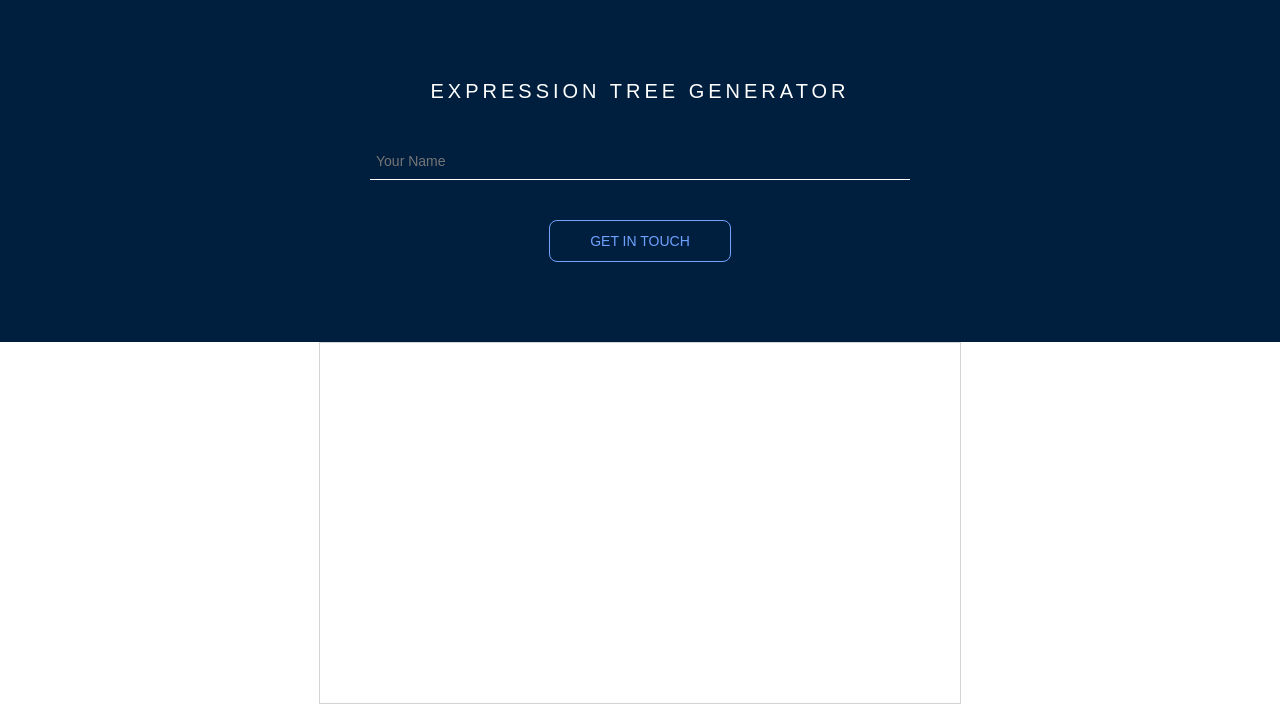
Repository: lnogueir/expression-tree-gen
Page: index.html
These files come from the project's save history. The page is drawn as it stood at one moment and after the next save; the edit follows.
The browser window is 1280 px wide. The pictures show the whole page.

Above is the page before, as saved 2020-03-15 19:18:31.

After the next save:
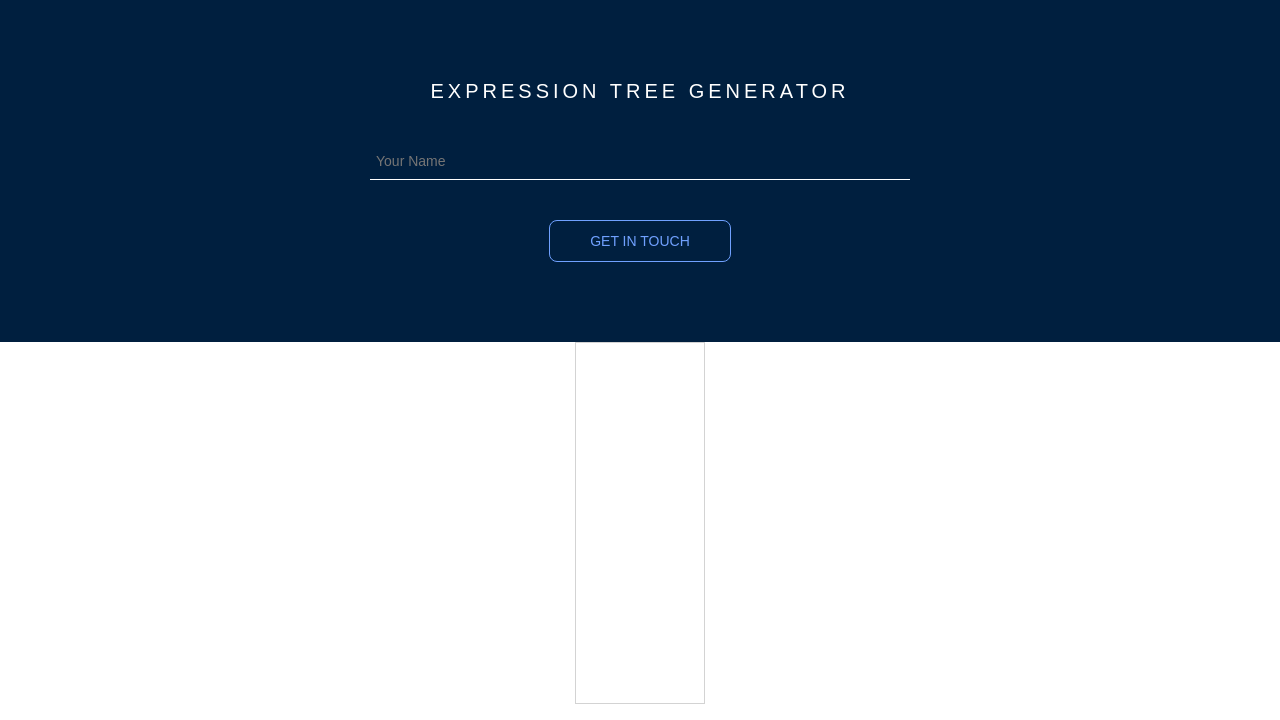
Saved 8 s later.
--- a/app.css
+++ b/app.css
@@ -83,7 +83,7 @@
     align-items: center;
     margin: auto;
     height: 50vh;
-    width: 50vw;
+    width: 10vw;
     background: #FFF;
 }
 
